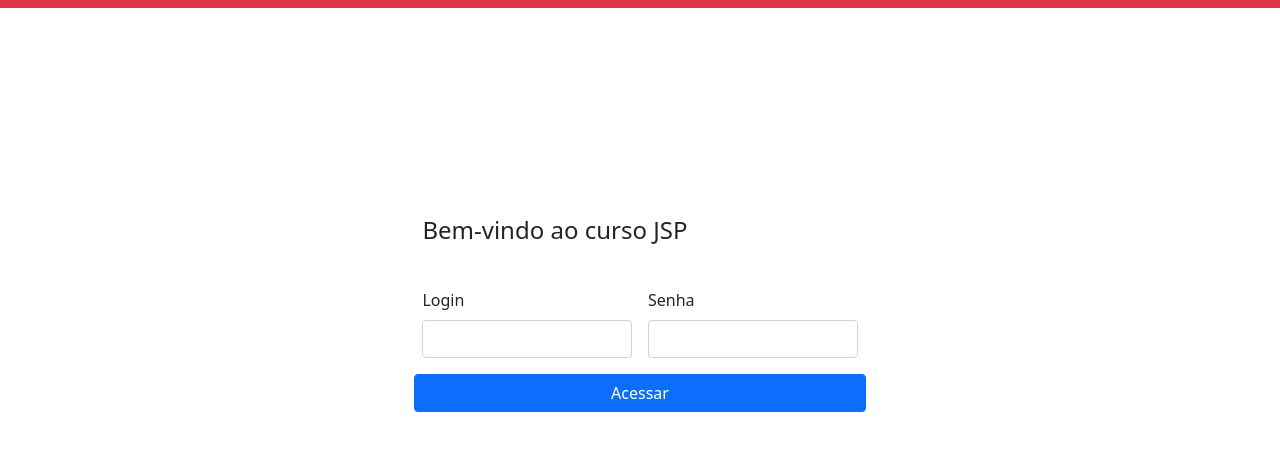
Repository: wdnzs/EstudoJSP
Page: http://localhost/curso-jsp/
An editor plug-in stored every save of this project. The page is shown before and after the next save, followed by the edit.
The browser window is 1280 px wide. The pictures show the whole page.
The page is served by Tomcat 9. Other server files are loaded and not shown.

Above is the page before, as saved 2021-09-07 03:40:03.

### curso-jsp/src/main/webapp/index.jsp
<%@ page language="java" contentType="text/html; charset=ISO-8859-1"
	pageEncoding="ISO-8859-1"%>
<!DOCTYPE html>

<html lang="en">

<head>
<meta charset="ISO-8859-1">
<meta name="viewport" content="width=device-width, initial-scale=1">
<link
	href="https://cdn.jsdelivr.net/npm/bootstrap@5.0.2/dist/css/bootstrap.min.css"
	rel="stylesheet"
	integrity="sha384-EVSTQN3/azprG1Anm3QDgpJLIm9Nao0Yz1ztcQTwFspd3yD65VohhpuuCOmLASjC"
	crossorigin="anonymous">
<title>Curso JSP</title>

<style type="text/css">
form {
	position: absolute;
	top: 40%;
	left: 33%;
	right: 33%;
}

h4 {
	position: absolute;
	top: 30%;
	left: 33%;
}

.msg{
	position: absolute;
	top: 60%;
	left: 33%;
	font-size: 15px;
	color: #664d03
	background-color: #fff3cd;
	border-color: #ffecb5;
}
</style>

</head>

<body>

	<h4>Bem-vindo ao curso JSP</h4>

	<form action="<%=request.getContextPath()%>/ServletLogin" method="post"	class="row g-3 needs-validation" novalidate>
		<input type="hidden" value="<%=request.getParameter("url")%>" name="url">

		<div class="col-md-6">
			<label for="validationCustom01" class="form-label">Login</label>
			<input class="form-control"	name="login" type="text" id="validationCustom01" required>
			<div class="valid-feedback">OK</div>
			<div class="invalid-feedback">Por favor, insira senha.</div>
		</div>

		<div class="col-md-6">
			<label for="validationCustom02" class="form-label">Senha</label>
			<input class="form-control"	name="senha" type="password" required="required">
			<div class="valid-feedback">OK</div>
			<div class="invalid-feedback">Por favor, insira senha.</div>
		</div>

		<input type="submit" value="Acessar" class="btn btn-primary">

	</form>

	<div class="p-1 mb-1 bg-danger text-white">${msg}</div>



	<script
		src="https://cdn.jsdelivr.net/npm/bootstrap@5.0.2/dist/js/bootstrap.bundle.min.js"
		integrity="sha384-MrcW6ZMFYlzcLA8Nl+NtUVF0sA7MsXsP1UyJoMp4YLEuNSfAP+JcXn/tWtIaxVXM"
		crossorigin="anonymous"></script>
	<script type="text/javascript">
		// Example starter JavaScript for disabling form submissions if there are invalid fields
		(function() {
			'use strict'

			// Fetch all the forms we want to apply custom Bootstrap validation styles to
			var forms = document.querySelectorAll('.needs-validation')

			// Loop over them and prevent submission
			Array.prototype.slice.call(forms).forEach(function(form) {
				form.addEventListener('submit', function(event) {
					if (!form.checkValidity()) {
						event.preventDefault()
						event.stopPropagation()
					}

					form.classList.add('was-validated')
				}, false)
			})
		})()
	</script>
</body>
</html>

After the next save:
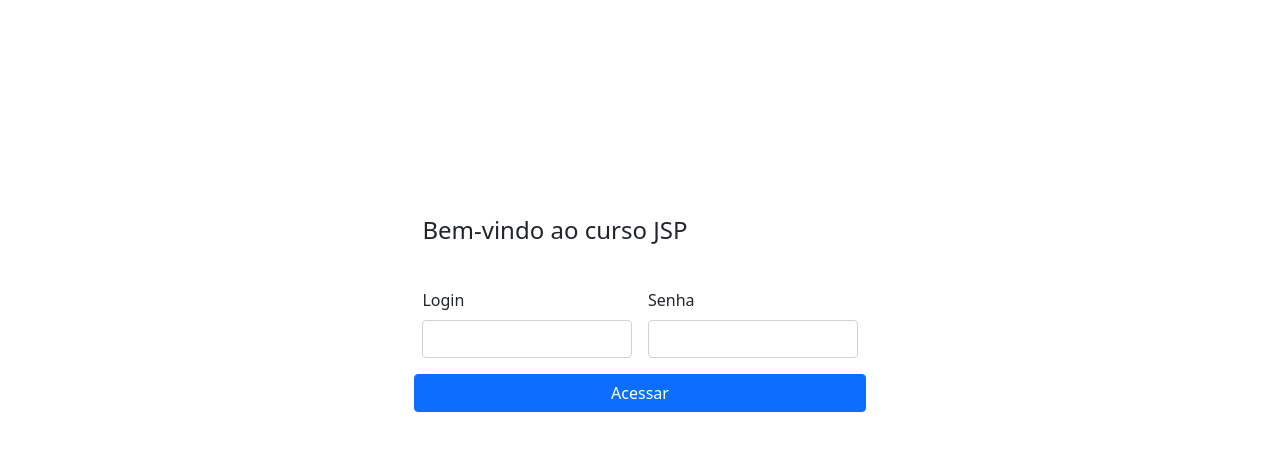
Saved 117 s later.
--- a/curso-jsp/src/main/webapp/index.jsp
+++ b/curso-jsp/src/main/webapp/index.jsp
@@ -28,7 +28,7 @@ h4 {
 	left: 33%;
 }
 
-.msg{
+p{
 	position: absolute;
 	top: 60%;
 	left: 33%;
@@ -66,7 +66,7 @@ h4 {
 
 	</form>
 
-	<div class="p-1 mb-1 bg-danger text-white">${msg}</div>
+	<p class="text-danger">${msg}</p>
 
 
 
